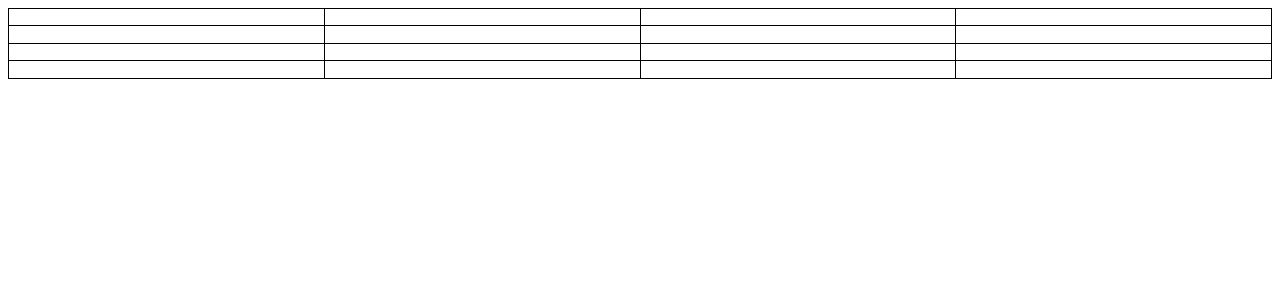
Repository: mrDav90/simple-htmlTable-generator
Page: index.html
The author's editor kept a copy of each file at every save. The page is drawn from the files as they stood at one save, then again after the next save.
The browser window is 1280 px wide. The pictures show the whole page.

Above is the page before, as saved 2022-08-09 12:56:08.

### index.html
<!DOCTYPE html>
<html lang="en">
<head>
    <meta charset="UTF-8">
    <meta http-equiv="X-UA-Compatible" content="IE=edge">
    <meta name="viewport" content="width=device-width, initial-scale=1.0">
    <title>Document</title>
    <script  type="text/javascript"  src="./table.js" ></script>
    <script>
        document.addEventListener("DOMContentLoaded" , ()=> {

        // table generator
        console.log("------------------------");
        console.log("Simple table generator");
        console.log("------------------------");



        let table = document.createElement("table");
        let tr = null;


        for (let i = 0; i < 4; i++) {
                tr = document.createElement("tr");

                for (let j = 0; j < 4; j++) {
                    td = document.createElement("td");
                    td.innertHTML = "hello"
                    tr.appendChild(td);
                }
                table.appendChild(tr);
        }





        document.querySelector(".tableContainer").appendChild(table);


        })
    </script>
</head>
<body>
    <div class="tableContainer" >

    </div>
</body>
</html>

<style>
    table,tr,th,td{
        border: solid black 1px;
        border-collapse: collapse;
    }
    table{
        width: 100%;
    }

    th{
        height: 3vh ;
        width: auto;
    }

    td{
        height: 2vh;
    }

</style>

Loaded but not shown: table.js (no stored copy; drawn as an empty file)

After the next save:
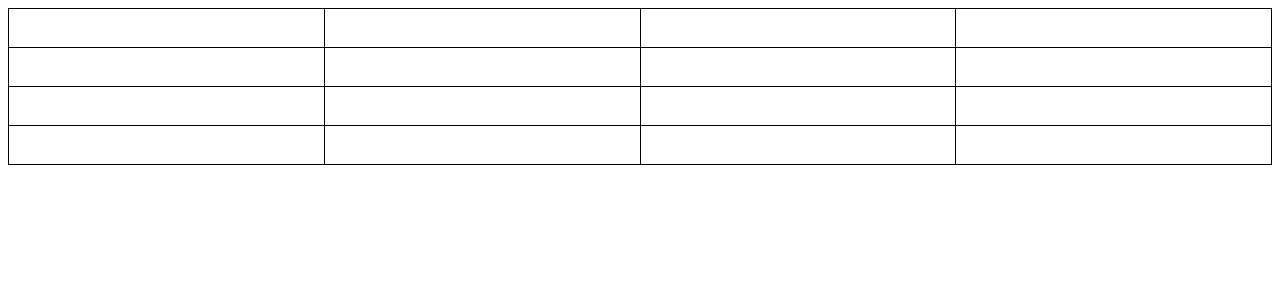
Saved 23 s later.
--- a/index.html
+++ b/index.html
@@ -63,7 +63,7 @@
     }
 
     td{
-        height: 2vh;
+        height: 5vh;
     }
 
 </style>
